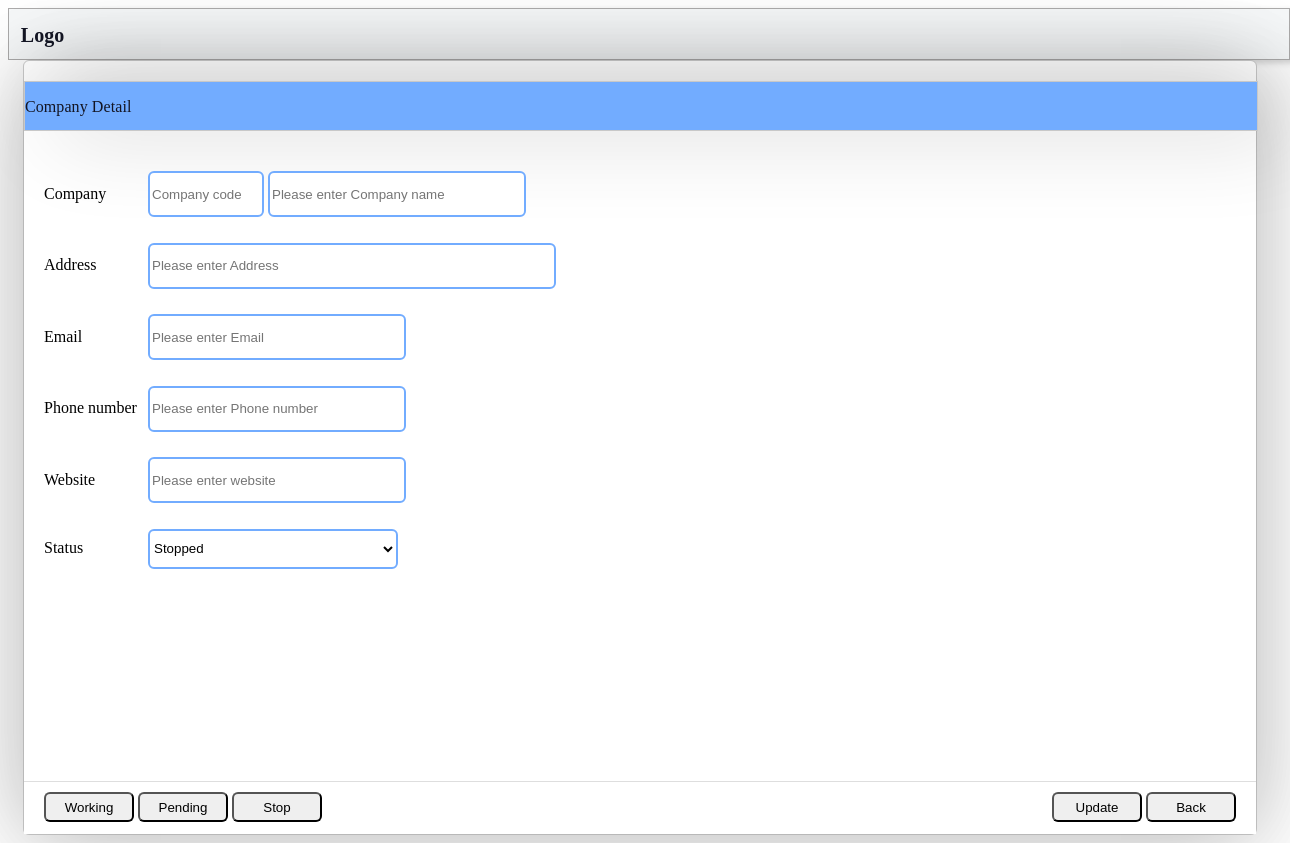
Repository: Zain1409/company
Page: client/html/CompanyDetail.html
The author's editor kept a copy of each file at every save. The page is drawn from the files as they stood at one save, then again after the next save.
The browser window is 1280 px wide. The page is 1290 px wide, so the pictures cover 1290 px, including what lies to the right of the window. The pictures show the whole page.

Above is the page before, as saved 2021-04-04 21:42:14.

After the next save:
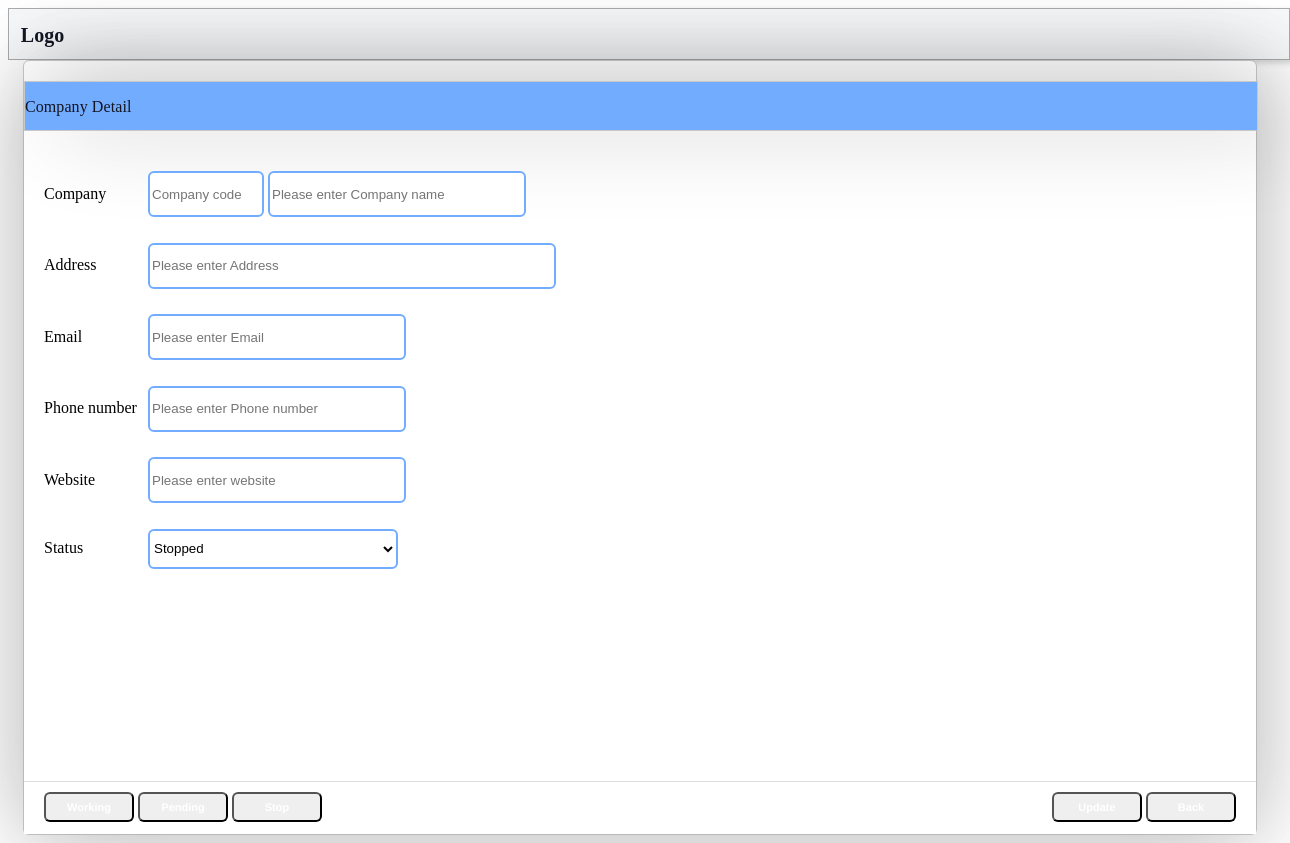
Saved 30 s later.
--- a/client/css/CompanyDetail.css
+++ b/client/css/CompanyDetail.css
@@ -109,5 +109,9 @@ button{
     width: 90px;
     height: 30px;
     border-radius: 6px;
+    text-align: center;
+    font: normal normal bold 11px/20px Helvetica;
+    letter-spacing: 0px;
+    color: #FFFFFF;
     opacity: 1;
 }
